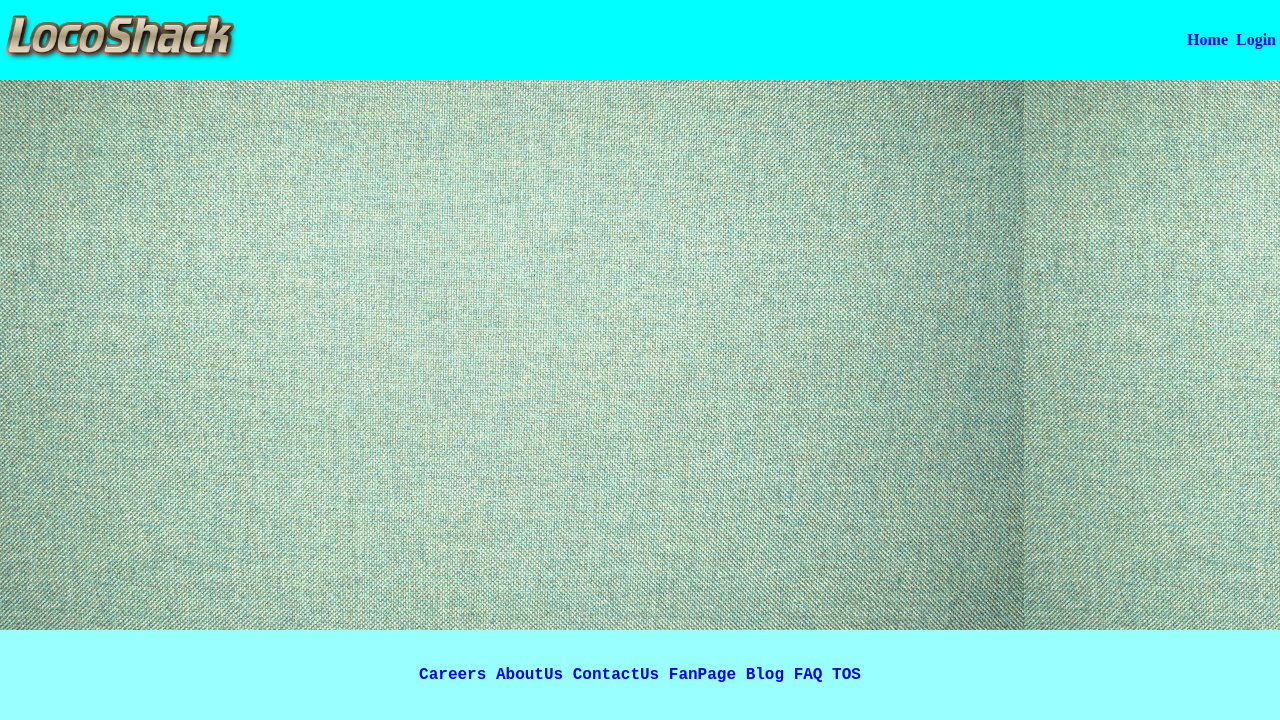
Repository: nicks707/LocoShack_TGMC-project
Page: http://localhost/ram/checklogin.jsp
The author's editor kept a copy of each file at every save. The page is drawn from the files as they stood at one save, then again after a run of saves.
The browser window is 1280 px wide. The pictures show the whole page.
The page is served by Tomcat 9. Queries for data that is not in the repository find no rows.

Above is the page before, as saved 2012-03-20 18:08:58.

After the next 2 saves:
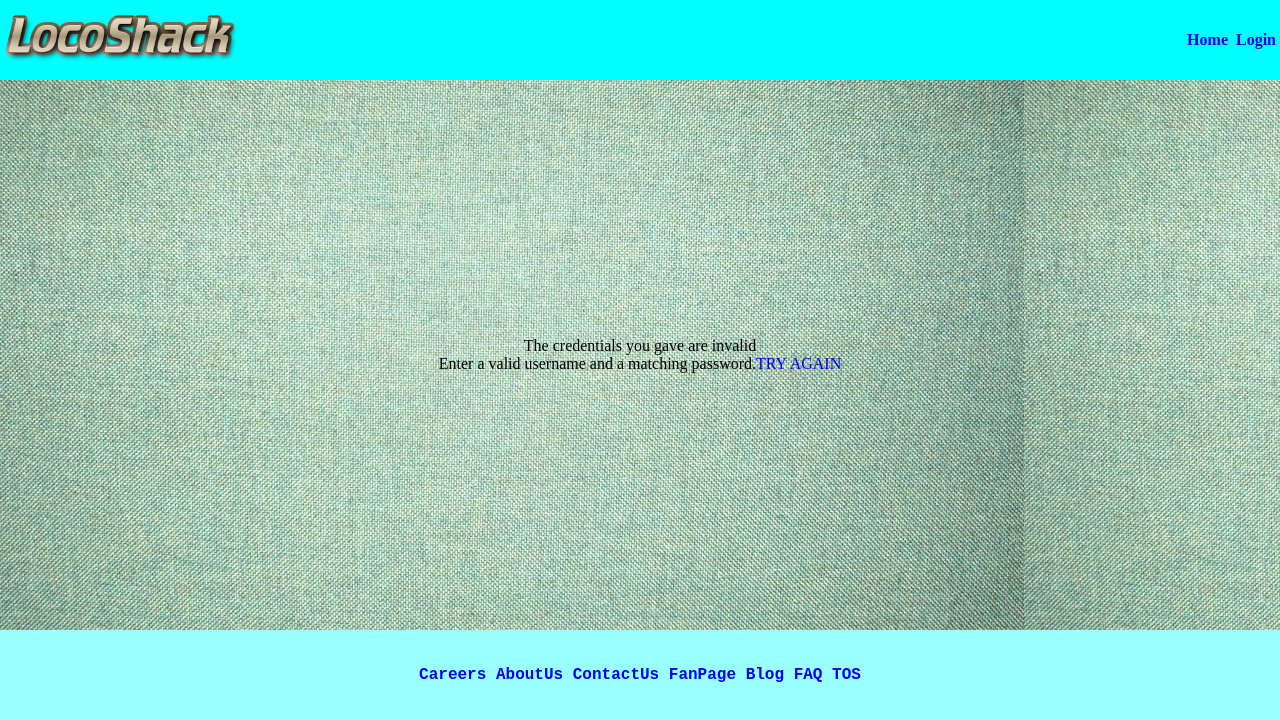
The 2 saves are shown as one change because 1 did not build or start.
The last was saved 13 min 41 s later.
--- a/ram/WebContent/checklogin.jsp
+++ b/ram/WebContent/checklogin.jsp
@@ -30,7 +30,8 @@ try
     while(rs.next()){
     count++;
    String userid=rs.getString("userid");
-
+   session.setAttribute("userid",userid);
+    }
     if(count==0)
     {
     %>
@@ -43,12 +44,12 @@ try
 
     session.setAttribute("id",id);
     session.setAttribute("pass",pass);
-	session.setAttribute("userid",userid);
+
 
 	response.sendRedirect("accmain.jsp");
 
     }
-    }
+
 }
 catch(Exception e)
 {
